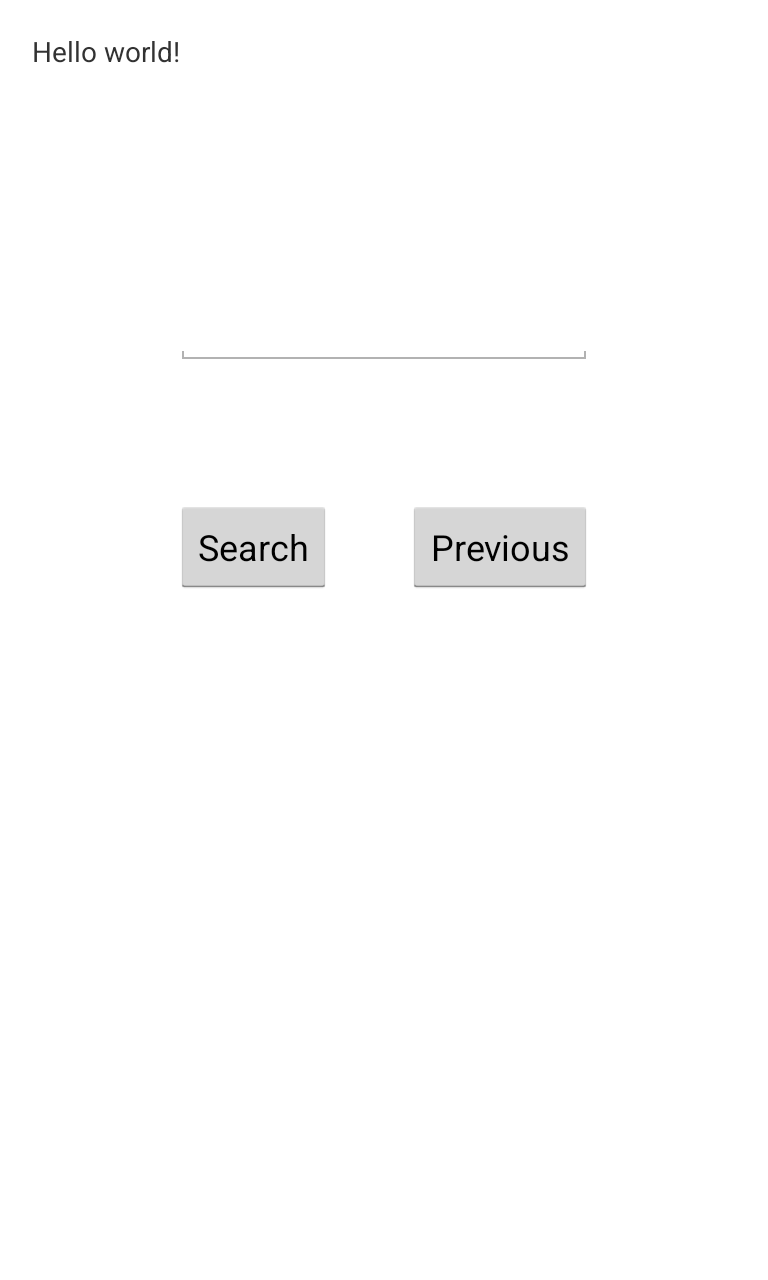
Repository: theoryxu/Chinese-microblogging-Links-System-Mobile-Application-Development
Layout: AndroidApp/STXQ/STXQ/res/layout/activity_second.xml
The author's editor kept a copy of each file at every save. The layout is drawn from the files as they stood at one save, then again after the next save.
It is drawn on a 768 x 1280 px phone screen (xhdpi) without system bars, with theme AppTheme; the app's code is not run.

Above is the layout before, as saved 2014-11-25 00:01:05.

After the next save:
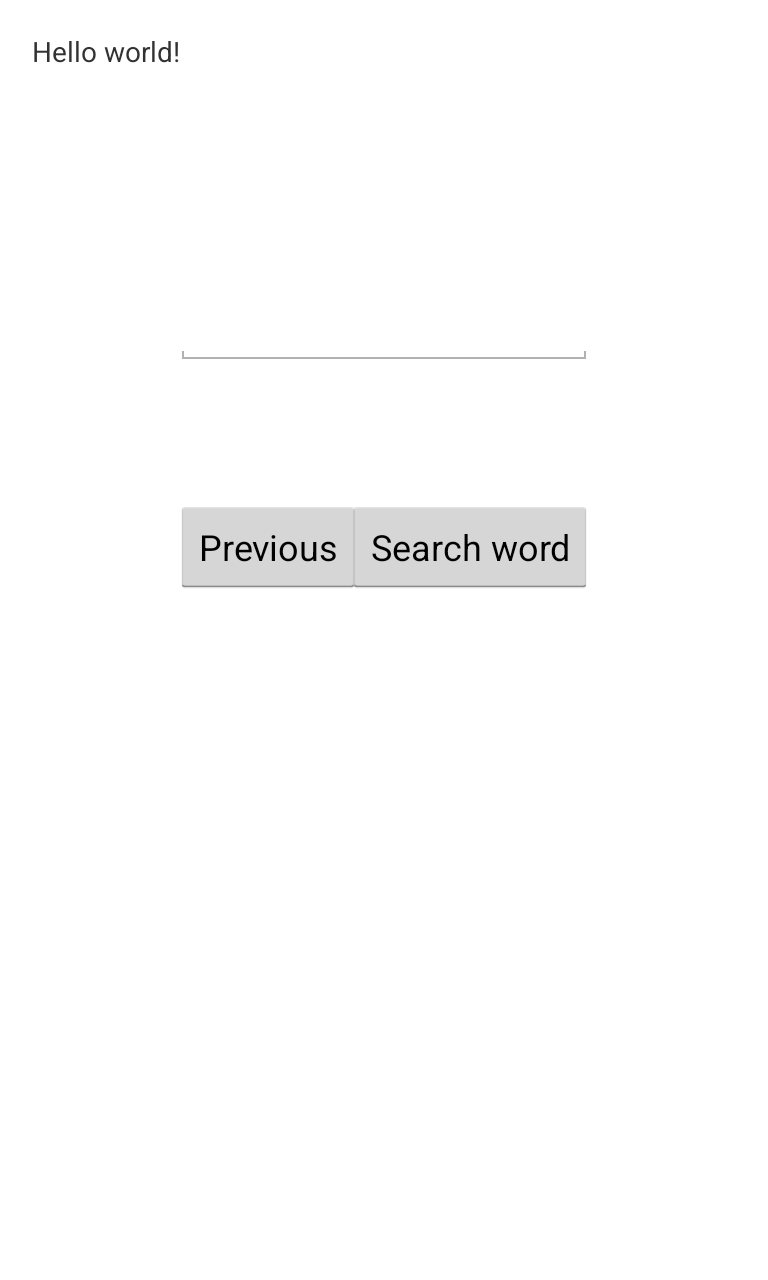
Saved 63 s later.
--- a/AndroidApp/STXQ/STXQ/res/layout/activity_second.xml
+++ b/AndroidApp/STXQ/STXQ/res/layout/activity_second.xml
@@ -30,7 +30,7 @@
         android:layout_height="wrap_content"
         android:layout_alignBottom="@+id/button1"
         android:layout_alignRight="@+id/editText1"
-        android:text="Previous" />
+        android:text="Search word" />
 
     <Button
         android:id="@+id/button1"
@@ -39,6 +39,6 @@
         android:layout_alignLeft="@+id/editText1"
         android:layout_below="@+id/editText1"
         android:layout_marginTop="66dp"
-        android:text="Search" />
+        android:text="Previous" />
 
 </RelativeLayout>
